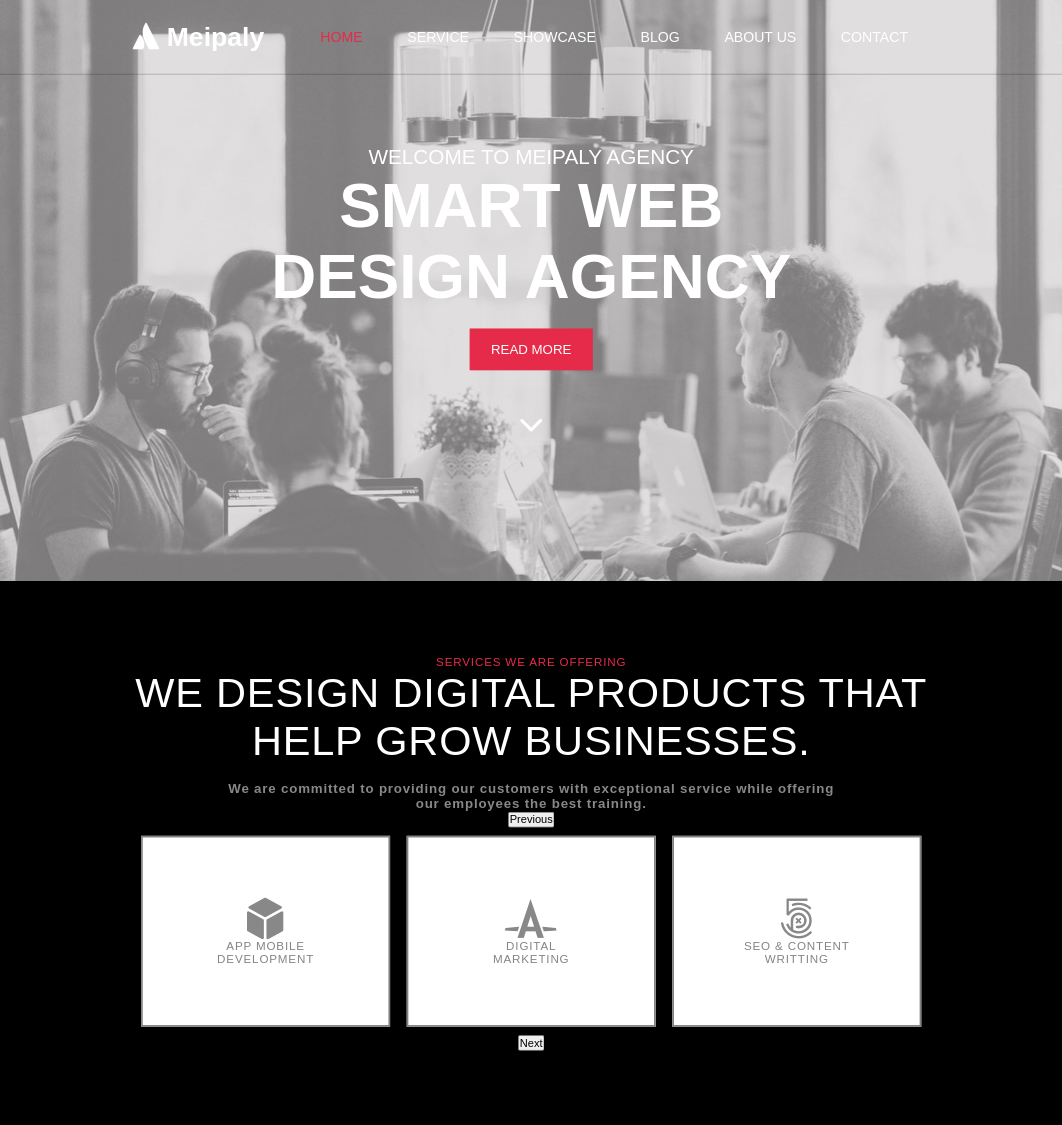
Repository: tudo1611/BC44_HTML5-CSS3_B6_MAIPALY_DO-TRUNG-TU
Page: index.html
The author's editor kept a copy of each file at every save. The page is drawn from the files as they stood at one save, then again after a run of saves.
The browser window is 1280 px wide. The pictures show the whole page, at 83% of full size.
Some web fonts or font styles are not loaded; a fallback is used.

Above is the page before, as saved 2023-01-26 21:08:26.

### index.html
<!DOCTYPE html>
<html lang="en">
  <head>
    <meta charset="UTF-8" />
    <meta http-equiv="X-UA-Compatible" content="IE=edge" />
    <meta name="viewport" content="width=device-width, initial-scale=1.0" />
    <title>Document</title>
    <link
      rel="stylesheet"
      href="https://cdnjs.cloudflare.com/ajax/libs/font-awesome/6.2.1/css/all.min.css"
    />
    <!-- slick  -->
    <link rel="stylesheet" href="./css/slick.css">
    <!-- main css  -->
    <link rel="stylesheet" href="./css/style.css" />
  </head>
  <body>
    <header>
      <div class="header__content">
        <div class="header__logo">
          <i class="fab fa-atlassian"></i>
          <span>Meipaly</span>
        </div>
        <nav>
          <ul>
            <li class="active"><a href="#">Home</a></li>
            <li><a href="#">Service</a></li>
            <li><a href="#">Showcase</a></li>
            <li><a href="#">Blog</a></li>
            <li><a href="#">About us</a></li>
            <li><a href="#">Contact</a></li>
          </ul>
        </nav>
      </div>
    </header>
    <section class="banner"></section>
    <section class="carousel">
      <div class="carousel__content">
        <p>WELCOME TO MEIPALY AGENCY</p>
        <h1>
          SMART WEB <br />
          DESIGN AGENCY
        </h1>
        <button>READ MORE</button>
        <div class="carousel__scroll">
          <i class="fa fa-chevron-down"></i>
        </div>
      </div>
    </section>
    <section class="service">
      <div class="service__content">
        <div class="service__title">
          <p>SERVICES WE ARE OFFERING</p>
          <h2>WE DESIGN DIGITAL PRODUCTS THAT HELP GROW BUSINESSES.</h2>
          <p>
            We are committed to providing our customers with exceptional service
            while offering <br />
            our employees the best training.
          </p>
        </div>
        <div class="service__slider">
          <div class="slick-content">
            <div class="item">
              <i class="fa fa-dice-d6"></i>
              <p>
                APP MOBILE <br />
                DEVELOPMENT
              </p>
            </div>
            <div class="item">
              <i class="fab fa-autoprefixer"></i>
              <p>
                DIGITAL <br />
                MARKETING
              </p>
            </div>
            <div class="item">
              <i class="fab fa-500px"></i>
              <p>
                SEO &#38; CONTENT <br />
                WRITTING
              </p>
            </div>
            <div class="item">
              <i class="fa fa-blog"></i>
              <p>
                WEBSITE <br />
                DEVELOPMENT
              </p>
            </div>
            <div class="item">
              <i class="fab fa-battle-net"></i>
              <p>
                 SEO &#38; CONTENT <br />
                WRITTING
              </p>
            </div>
            <div class="item">
              <i class="fa fa-memory"></i>
              <p>
                APP MOBILE <br />
                DEVELOPMENT
              </p>
            </div>
          </div>
        </div>
      </div>
    </section>
    <section class="blogs"></section>
    <section class="number"></section>
    <section class="experience"></section>
    <section class="contact"></section>
    <script src="https://code.jquery.com/jquery-3.6.3.slim.js" integrity="sha256-DKU1CmJ8kBuEwumaLuh9Tl/6ZB6jzGOBV/5YpNE2BWc=" crossorigin="anonymous"></script>
    <script src="./js/slick.min.js"></script>

    <script>
 $(document).ready(function(){
  $('.slick-content').slick({
     infinite: true,
  slidesToShow: 3,
  slidesToScroll: 3
  });
});

    </script>
  </body>
</html>

### css/style.css
* {
  margin: 0;
  padding: 0;
  box-sizing: border-box;
}
html,
body {
  font-family: "Oswald", sans-serif;
  font-size: 62.5%;
  color: #fff;
}
/* header  */
header {
  background-color: transparent;
  border-bottom: 1px solid rgba(0, 0, 0, 0.2);
  position: absolute;
  z-index: 10;
  width: 100%;
}
.header__content {
  width: 75%;
  margin: 0 auto;
  display: flex;
  justify-content: space-between;
  align-items: center;
  padding: 2.6rem 0;
}
.header__content ul {
  list-style: none;
}
.header__logo {
  font-size: 3.2rem;
  font-weight: 700;
  /* color: #fff; */
}
.header__content li {
  display: inline-block;
  padding: 0 2.6rem;
}
.header__content li.active a {
  color: #e62b4a;
}
.header__content li a {
  font-size: 1.7rem;
  color: #fff;
  text-transform: uppercase;
  text-decoration: none;
}
/* carousel  */
.carousel {
  background-image: url(../img/home_slider.jpg);
  background-size: cover;
  background-position: center;
  height: 70rem;
  display: flex;
  justify-content: center;
  align-items: center;
}
.carousel__content {
  text-align: center;
}
.carousel__content p {
  font-size: 2.5rem;
}
.carousel__content h1 {
  font-size: 7.5rem;
}
.carousel__content button {
  font-size: 1.6rem;
  margin-top: 2rem;
  padding: 1.5rem 2.5rem;
  background-color: #e62b4a;
  color: white;
  border: 1px solid #e62b4a;
  cursor: pointer;
  transition: all 0.5s;
}
.carousel__content button:hover {
  background-color: #af2239;
}
.carousel__scroll i {
  margin-top: 5rem;
  font-size: 3rem;
  animation: arrowDown 1s linear 0s infinite;
}

/* service  */
.service {
  text-align: center;
  padding: 9rem 0;
  background-color: #000;
}
.service__content {
  width: 75%;
  margin: 0 auto;
  letter-spacing: 1px;
}
.service__title {
  text-align: center;
}
.service__title p:first-of-type {
  font-size: 1.4rem;
  color: #e62b4a;
  font-weight: 300;
}
.service__title h2 {
  font-size: 5rem;
  color: #fff;
  font-weight: 400;
}
.service__title p:last-of-type {
  font-size: 1.6rem;
  color: #888888;
  font-weight: 700;
  margin-top: 2rem;
}
.service__slide {
  margin-top: 2rem;
}

.service__slider .item {
  width: 21.4rem;
  height: 23rem;
  border: 2px solid #81807d;
  background-color: #fff;
  color: #848482;
  text-align: center;
  margin: 1rem;
  display: flex;
  flex-direction: column;
  justify-content: center;
  align-items: center;
  position: relative;
}
.service__slider .item i{
  font-size: 5rem;
  color: #888888;
}
.service__slider .item p{
  font-size: 1.4rem;
}
@keyframes arrowDown {
  form {
    opacity: 1;
    transform: translateY(0);
  }
  to {
    opacity: 0;
    transform: translateY(4rem);
  }
}

Loaded but not shown: css/slick.css (common file); js/slick.min.js (library); css/slick-theme.css (library)

After the next 4 saves:
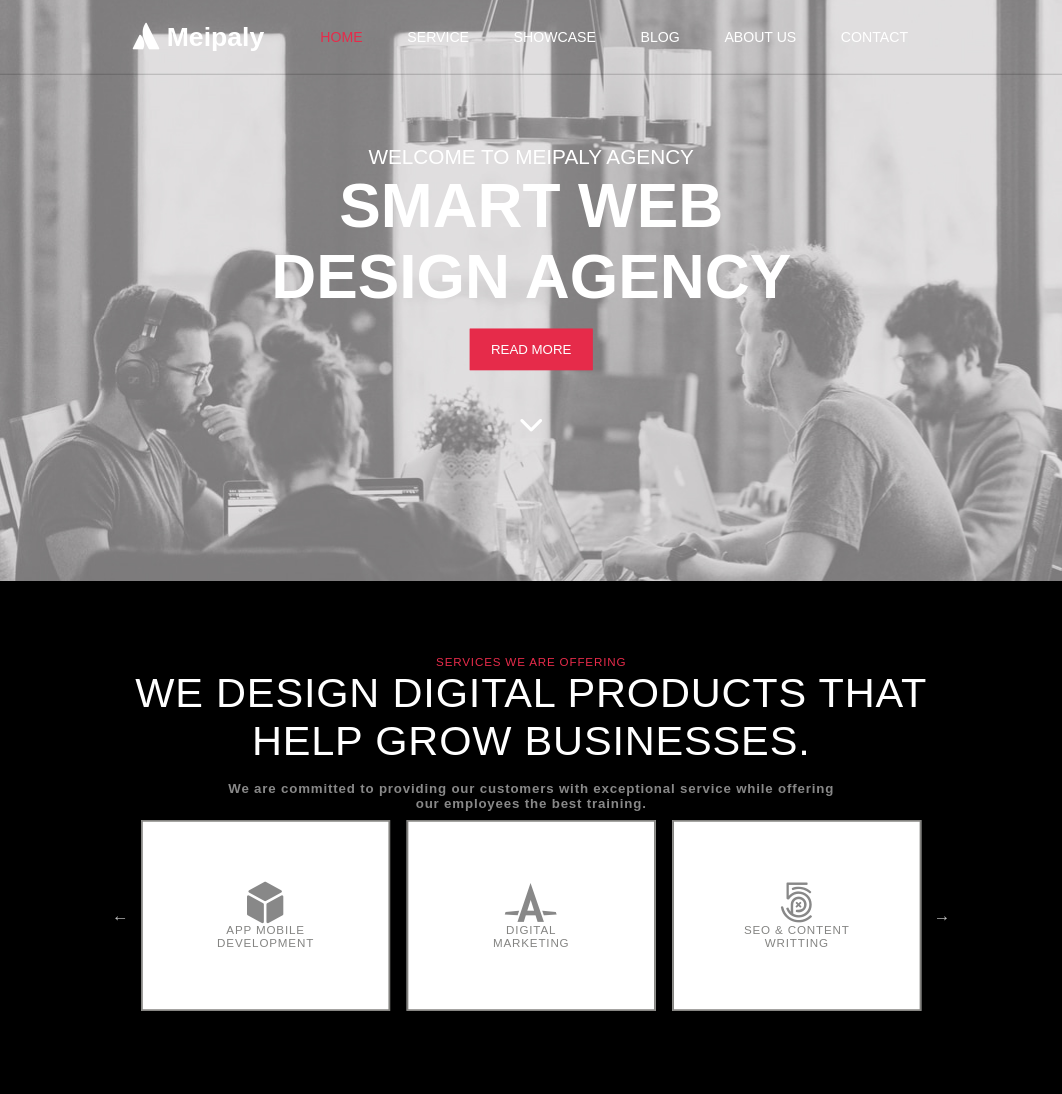
The 4 saves are shown as one change because they came seconds apart.
The last was saved 8 s later.
--- a/index.html
+++ b/index.html
@@ -11,6 +11,7 @@
     />
     <!-- slick  -->
     <link rel="stylesheet" href="./css/slick.css">
+    <link rel="stylesheet" href="./css/slick-theme.css">
     <!-- main css  -->
     <link rel="stylesheet" href="./css/style.css" />
   </head>
